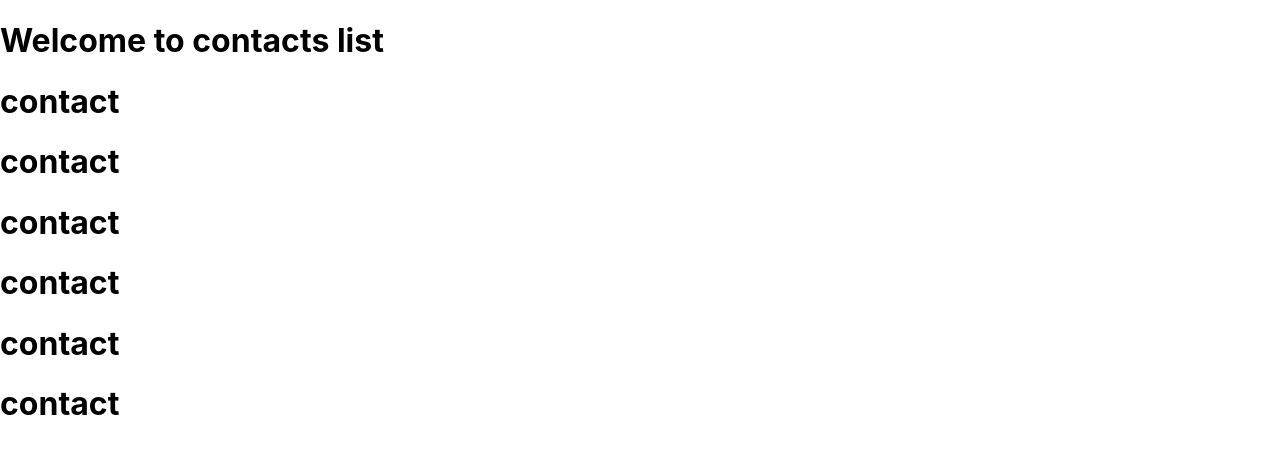
Repository: emorilebo/next-linkedin-training
Page: /contact
The author's editor kept a copy of each file at every save. The page is drawn from the files as they stood at one save, then again after the next save.
The browser window is 1280 px wide. The pictures show the whole page.
The project was rebuilt for these pictures with package versions that can differ from the ones it lists, and the page was loaded fresh each time. The framework's server and built-in components were replaced by stand-ins that run in the browser. Also part of the build but not shown: next.config.js.

Above is the page before, as saved 2022-12-26 07:50:36.

### pages/contact/index.js
import React from "react";
import contacts from "../api/contacts";

export default function ContactsList() {

  return <div>
    <h1>Welcome to contacts list</h1>
    <div>{contacts.map(contact =>(
        <h1>contact</h1>
    ))}</div>
  </div>;
}

### pages/api/contacts.js
export default [
    {
        id: 'alfreds-futterkiste',
        name:'Alfreds Futterkiste',
        country: 'Germany'
    },
    {
        id: 'francisco-chang',
        name:'Francisco Chang',
        country: 'Mexico'
    },
    {
        id: 'ernst-handel',
        name:'Ernst Handel',
        country: 'Austria'
    },
    {
        id: 'helen-bennett',
        name:'Helen Bennett',
        country: 'UK'
    },
    {
        id: 'yoshi-tannamuri',
        name:'Yoshi Tannamuri',
        country: 'Canada'
    },
    {
        id: 'giovanni-rovelli',
        name:'Giovanni Rovelli',
        country: 'Italy'
    }
]

Loaded but not shown: pages/_app.js (common file); styles/globals.css (common file)

After the next save:
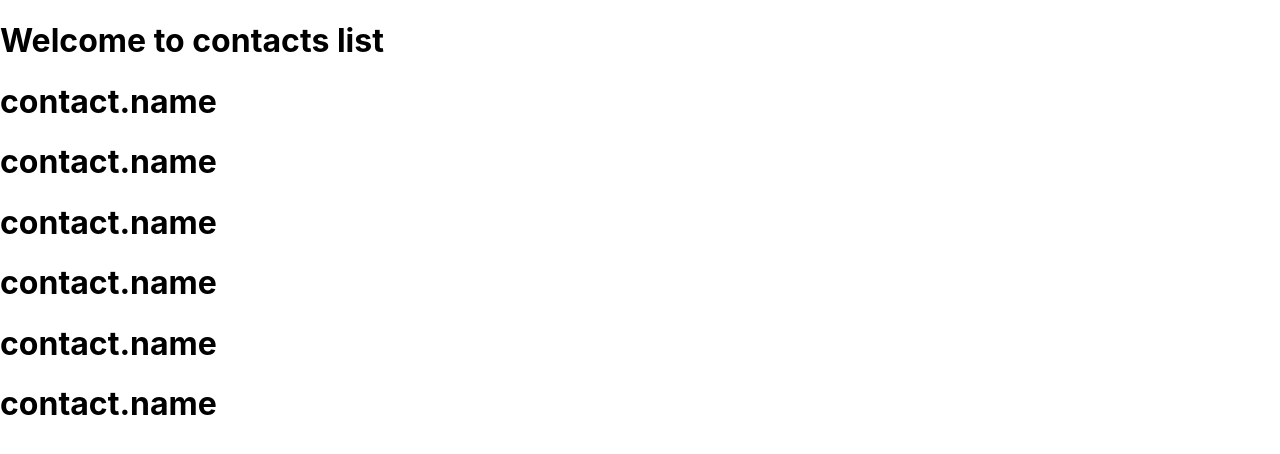
Saved 7 s later.
--- a/pages/contact/index.js
+++ b/pages/contact/index.js
@@ -6,7 +6,7 @@ export default function ContactsList() {
   return <div>
     <h1>Welcome to contacts list</h1>
     <div>{contacts.map(contact =>(
-        <h1>contact</h1>
+        <h1>contact.name</h1>
     ))}</div>
   </div>;
 }
